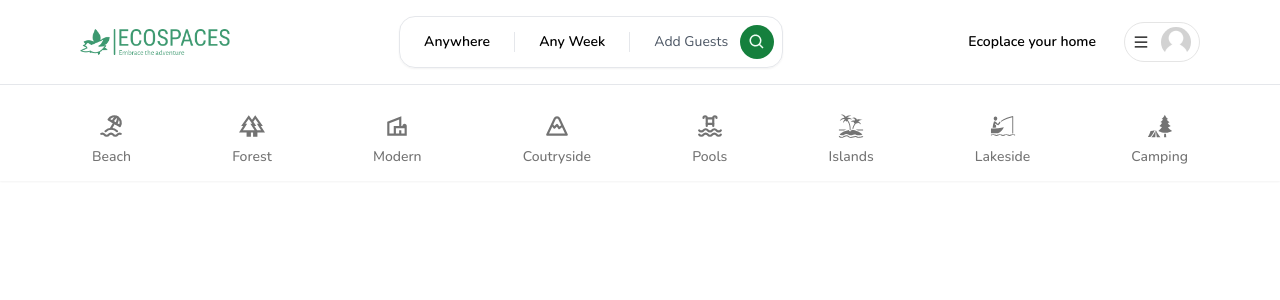
Repository: LubegaH/Ecospaces
Page: /
The author's editor kept a copy of each file at every save. The page is drawn from the files as they stood at one save, then again after the next save.
The browser window is 1280 px wide. The pictures show the whole page.
The page's requests for data from a server got no answer. The project was rebuilt for these pictures with package versions that can differ from the ones it lists, and the page was loaded fresh each time. The framework's server and built-in components were replaced by stand-ins that run in the browser. No one was signed in, and anything a server would have sent is missing. Also part of the build but not shown: next.config.js, app/components/nabar/MenuItem.tsx, app/components/Button.tsx, app/components/modals/Modal.tsx, app/components/Heading.tsx, app/components/input/Input.tsx.

Above is the page before, as saved 2023-08-19 09:44:18.

After the next save:
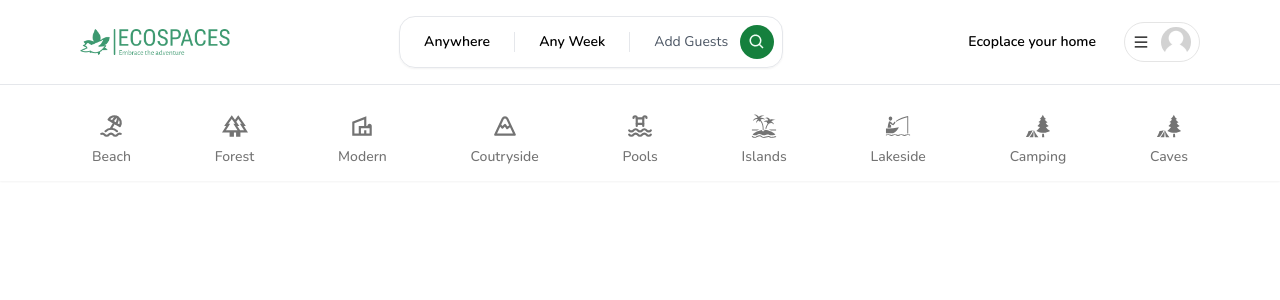
Saved 3 min 35 s later.
--- a/app/components/nabar/Categories.tsx
+++ b/app/components/nabar/Categories.tsx
@@ -3,7 +3,7 @@ import { TbBeach, TbMountain, TbPool } from 'react-icons/tb';
 
 import { MdOutlineVilla } from 'react-icons/md';
 import { MdOutlineForest } from 'react-icons/md';
-import { GiIsland, GiBoatFishing, GiForestCamp } from 'react-icons/gi';
+import { GiIsland, GiBoatFishing, GiForestCamp, GiCaveEntrance } from 'react-icons/gi';
 
 import CategoryBox from '../CategoryBox';
 import { usePathname, useSearchParams } from 'next/navigation';
@@ -49,6 +49,11 @@ export const categories = [
     icon: GiForestCamp,
     description: 'Properties that offer camping services',
   },
+  {
+    label: 'Caves',
+    icon: GiForestCamp,
+    description: 'Properties that offer camping services',
+  },
 ];
 
 const Categories = () => {
